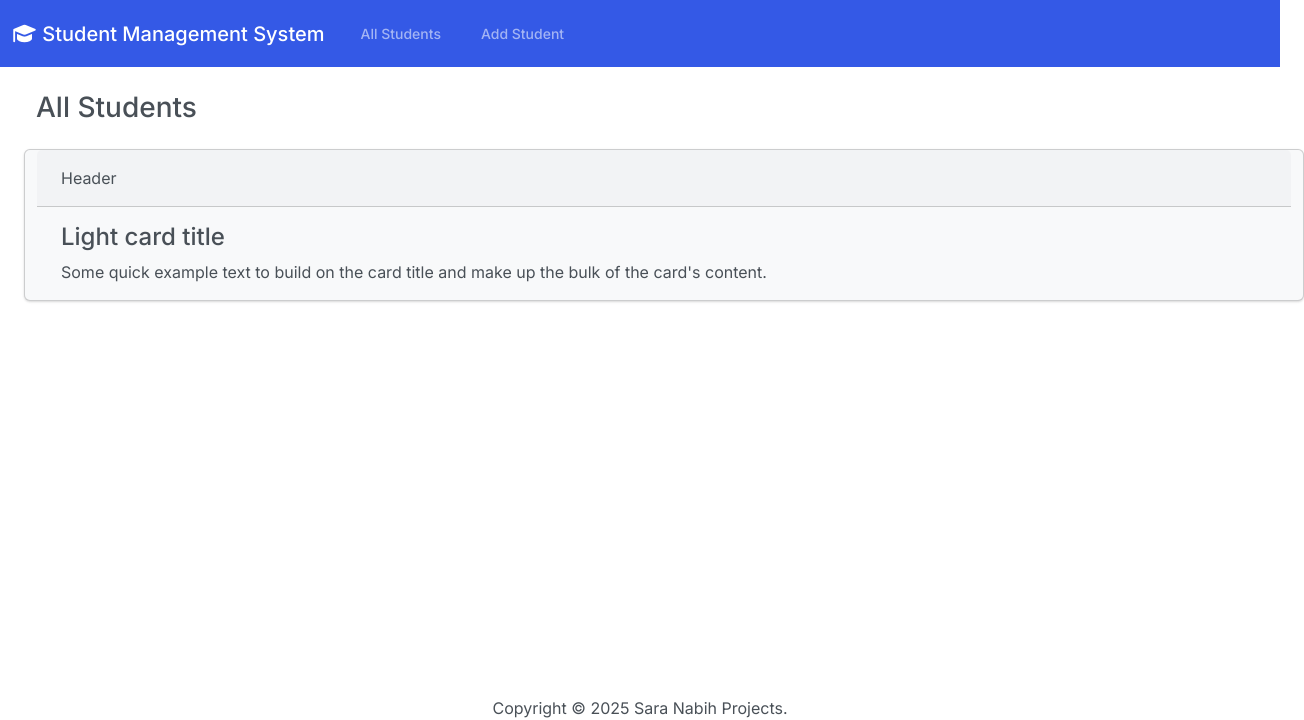
Repository: saraanbih/Student-Management-System
Page: http://localhost/
The author's editor kept a copy of each file at every save. The page is drawn from the files as they stood at one save, then again after the next save.
The browser window is 1280 px wide. The page is 1304 px wide, so the pictures cover 1304 px, including what lies to the right of the window. The pictures show the whole page.
Some web libraries are served in a nearby version. The page is served by the project's application, run on Django 5.2 (manage.py). Other server files are loaded and not shown.

Above is the page before, as saved 2025-09-11 15:44:23.

### students/templates/students/index.html
{% load static %}
<!DOCTYPE html>
<html lang="en">
  <head>
    <meta charset="UTF-8" />
    <meta name="viewport" content="width=device-width, initial-scale=1.0" />
    <title>Student Management System</title>
    <link rel="stylesheet" href="https://cdnjs.cloudflare.com/ajax/libs/font-awesome/7.0.1/css/all.min.css" />
    <link href="{% static 'css/bootstrap.min.css' %}" rel="stylesheet" />
  </head>
  <body class="d-flex flex-column min-vh-100">
    <nav class="navbar navbar-expand-lg bg-primary" data-bs-theme="dark">
      <div class="container-fluid">
        <a class="navbar-brand" href="#">
          <i class="fa-solid fa-graduation-cap "></i> Student Management System
        </a>
        <button
          class="navbar-toggler"
          type="button"
          data-bs-toggle="collapse"
          data-bs-target="#navbarColor01"
          aria-controls="navbarColor01"
          aria-expanded="false"
          aria-label="Toggle navigation"
        >
          <span class="navbar-toggler-icon"></span>
        </button>
        <div class="collapse navbar-collapse" id="navbarColor01">
          <ul class="navbar-nav me-auto">
            <li class="nav-item">
              <a class="nav-link" href="#">All Students</a>
            </li>
            <li class="nav-item">
              <a class="nav-link" href="#">Add Student</a>
            </li>
          </ul>
        </div>
      </div>
    </nav>

    <div class="container-fluid">
      <h3 class="m-4">All Students</h3>
      <div class="row">
        <div class="col-12">
          </div>
            <div class="card bg-light ms-4 me-4 mb-4">
              <div class="card-header">Header</div>
              <div class="card-body">
                <h4 class="card-title">Light card title</h4>
                <p class="card-text">Some quick example text to build on the card title and make up the bulk of the card's content.</p>
              </div>
            </div>
        </div>
      </div>
    </div>
    <footer class="mt-auto mp-4">
      <div class="text-center">
        <span>
          Copyright &copy; <script>document.write(new Date().getFullYear())</script> Sara Nabih Projects.
        </span>
      </div>

    </footer>
    <script
      src="https://cdn.jsdelivr.net/npm/bootstrap@5.3.8/dist/js/bootstrap.bundle.min.js"
      integrity="sha384-FKyoEForCGlyvwx9Hj09JcYn3nv7wiPVlz7YYwJrWVcXK/BmnVDxM+D2scQbITxI"
      crossorigin="anonymous"
    ></script>
  </body>
</html>

### students/views.py
from django.shortcuts import render
from .models import Student

# Create your views here.
def index(request):
  return render(request, 'students/index.html', {
    'students': Student.objects.all()
  })

### django_project/urls.py
"""
URL configuration for django_project project.

The `urlpatterns` list routes URLs to views. For more information please see:
    https://docs.djangoproject.com/en/5.2/topics/http/urls/
Examples:
Function views
    1. Add an import:  from my_app import views
    2. Add a URL to urlpatterns:  path('', views.home, name='home')
Class-based views
    1. Add an import:  from other_app.views import Home
    2. Add a URL to urlpatterns:  path('', Home.as_view(), name='home')
Including another URLconf
    1. Import the include() function: from django.urls import include, path
    2. Add a URL to urlpatterns:  path('blog/', include('blog.urls'))
"""
from django.contrib import admin
from django.urls import path, include

urlpatterns = [
    path('admin/', admin.site.urls),
    path('', include('students.urls')),
]

### students/urls.py
from django.urls import path
from . import views

urlpatterns = [
  path('', views.index, name='index'),

]

Loaded but not shown: students/static/css/bootstrap.min.css (library)

After the next save:
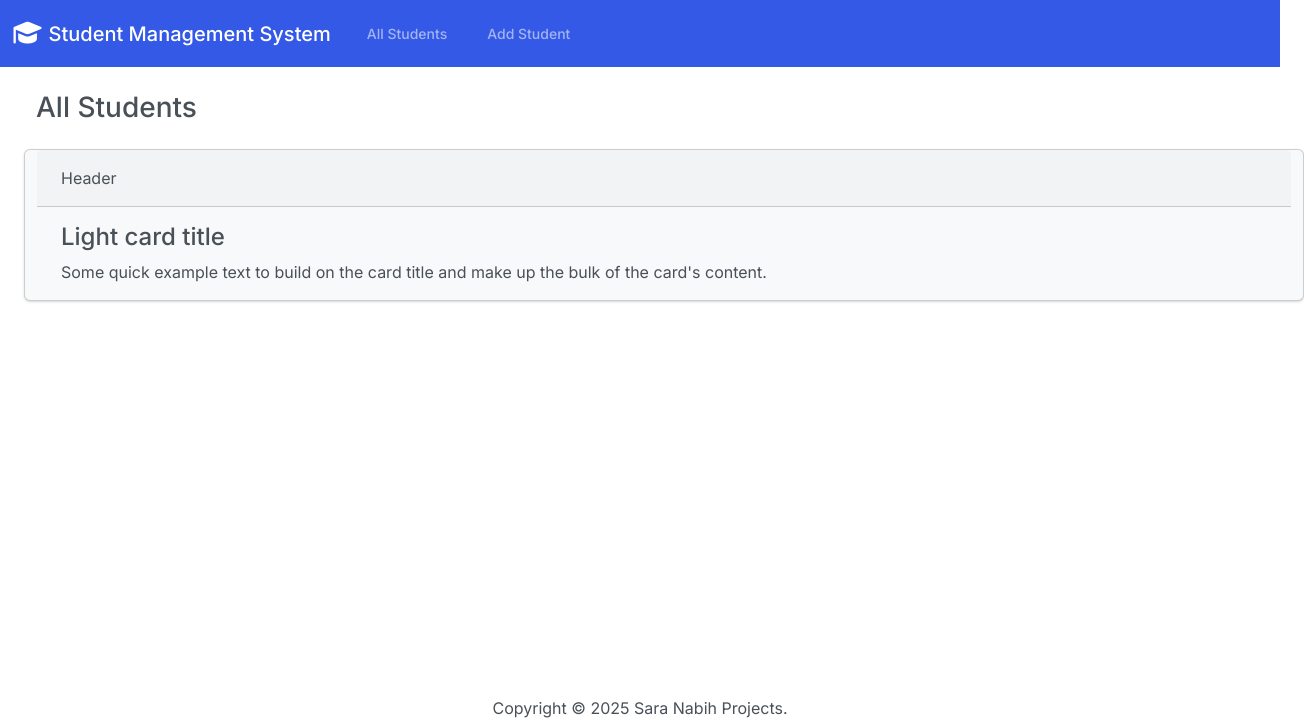
Saved 5 s later.
--- a/students/templates/students/index.html
+++ b/students/templates/students/index.html
@@ -12,7 +12,7 @@
     <nav class="navbar navbar-expand-lg bg-primary" data-bs-theme="dark">
       <div class="container-fluid">
         <a class="navbar-brand" href="#">
-          <i class="fa-solid fa-graduation-cap "></i> Student Management System
+          <i class="fa-solid fa-graduation-cap fa-lg"></i> Student Management System
         </a>
         <button
           class="navbar-toggler"
